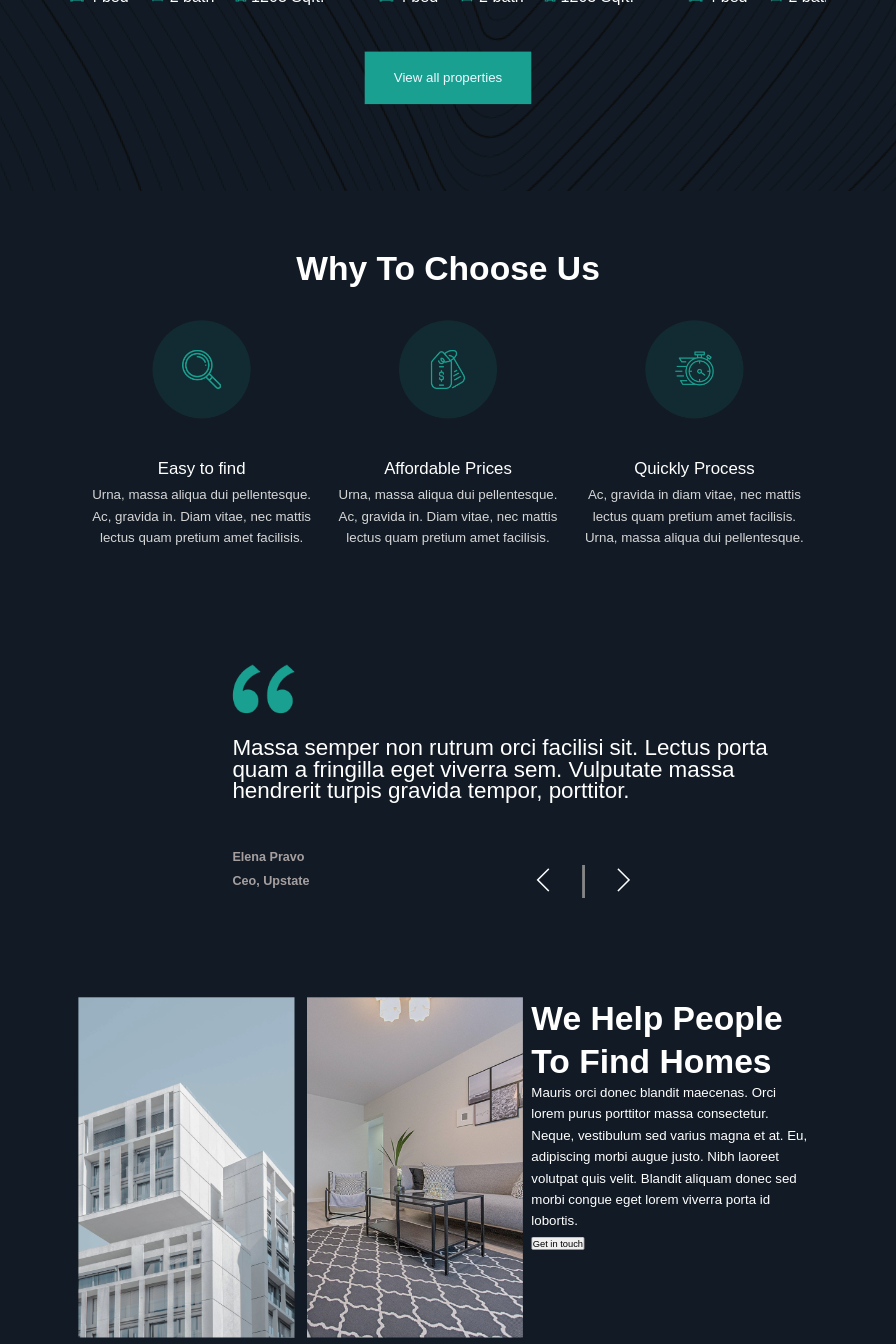
Repository: tung1233hhhhhhhhhhhhh/WebClone-Home
Page: index.html
An editor plug-in stored every save of this project. The page is shown before and after the next save, followed by the edit.
The browser window is 1280 px wide. The pictures show the part of the page from y = 1794 to 3714 px (the page is 3714 px tall), at 70% of full size.

Above is the page before, as saved 2023-05-24 13:24:09.

After the next save:
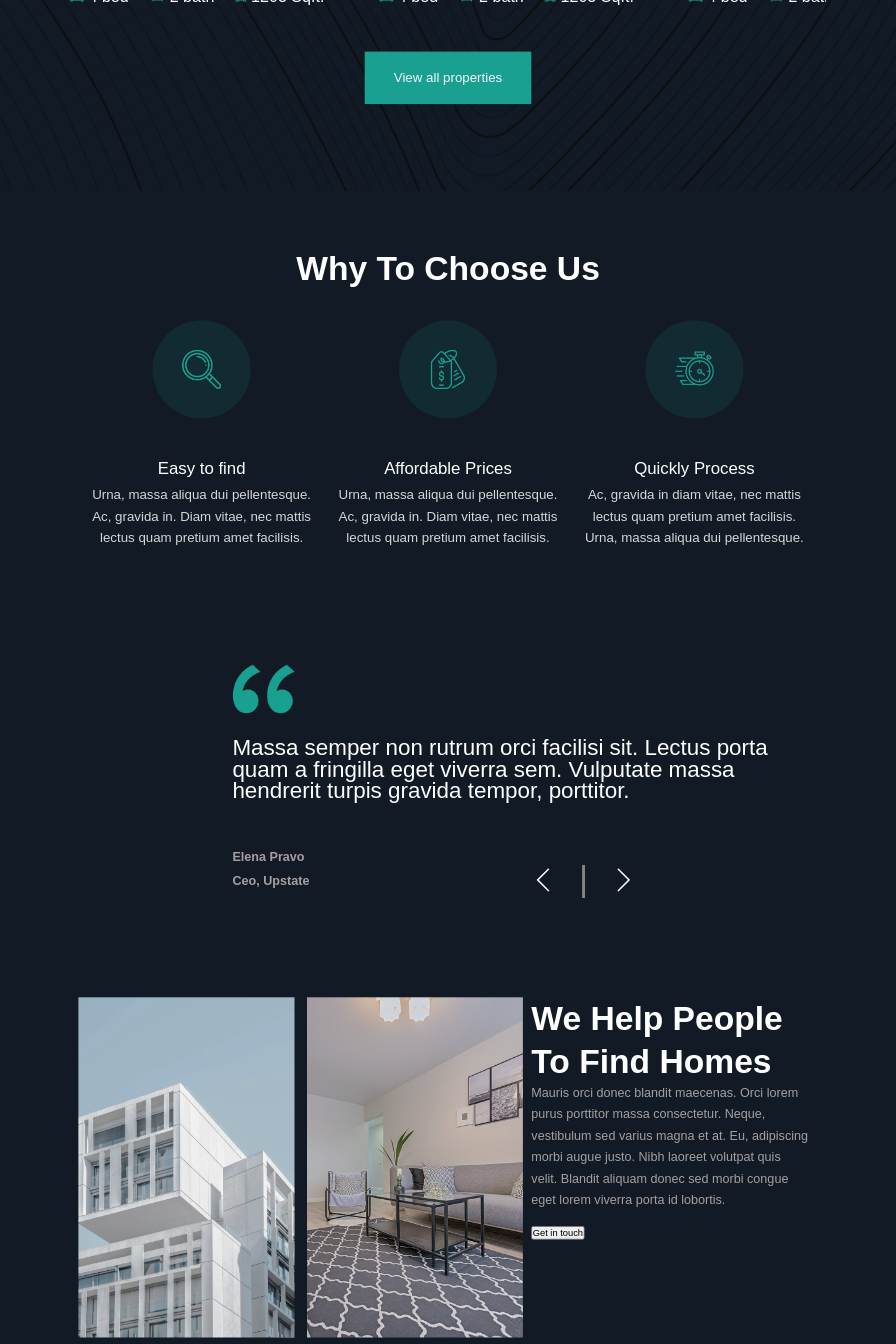
Saved 68 s later.
--- a/assets/css/main.css
+++ b/assets/css/main.css
@@ -498,3 +498,9 @@ body {
     margin-bottom: 8px;
     line-height: 1.3;
 }
+
+#help .help-text>p {
+    color: var(--light-text-color);
+    font-size: 18px;
+    margin-bottom: 16px;
+}
